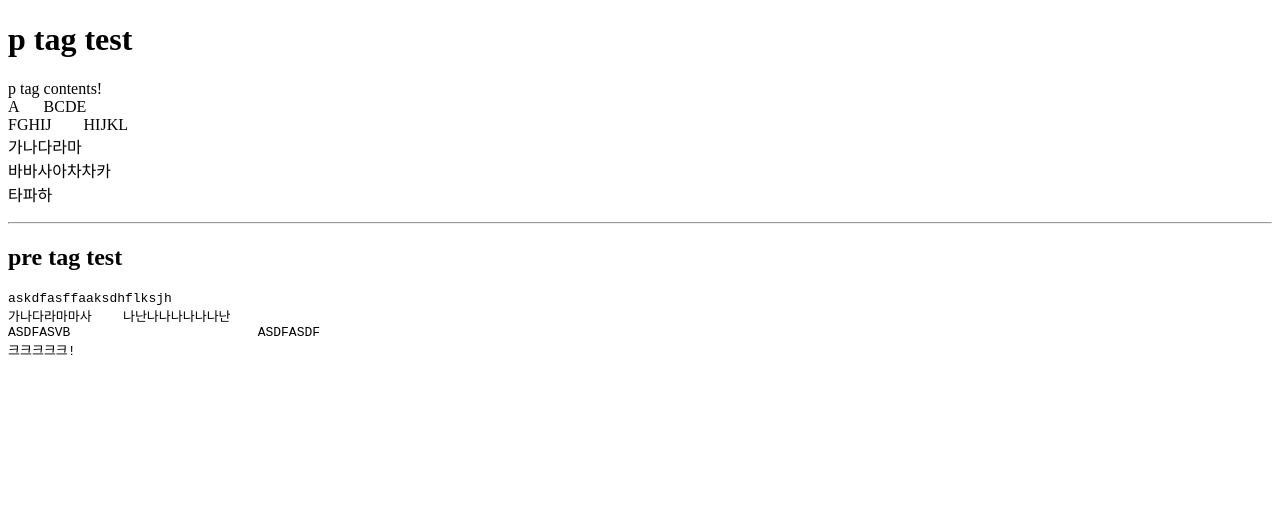
Repository: jihoonys82/weblec
Page: Front/WebContent/Ex01_HTML_tag/tagEx_02.html
The author's editor kept a copy of each file at every save. The page is drawn from the files as they stood at one save, then again after the next save.
The browser window is 1280 px wide. The pictures show the whole page.

Above is the page before, as saved 2018-07-23 10:15:26.

After the next save:
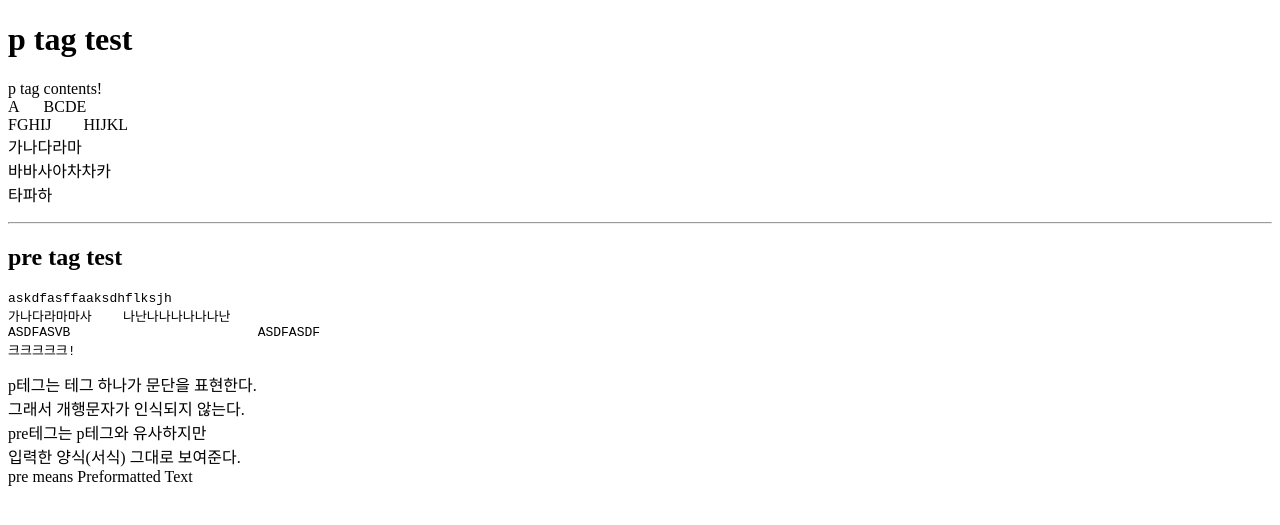
Saved 77 s later.
--- a/Front/WebContent/Ex01_HTML_tag/tagEx_02.html
+++ b/Front/WebContent/Ex01_HTML_tag/tagEx_02.html
@@ -33,15 +33,13 @@ ASDFASVB			ASDFASDF <!-- 탭 -->
 </pre>
 </div>
 
-<!--
-p테그는 테그 하나가 문단을 표현한다.
-그래서 개행문자가 인식되지 않는다.
 
-pre테그는 p테그와 유사하지만
-입력한 양식(서식) 그대로 보여준다.
-pre means Preformatted Text
+p테그는 테그 하나가 문단을 표현한다.<br>
+그래서 개행문자가 인식되지 않는다. <br>
 
--->
+pre테그는 p테그와 유사하지만 <br>
+입력한 양식(서식) 그대로 보여준다. <br>
+pre means Preformatted Text <br>
 
 
 </body>
